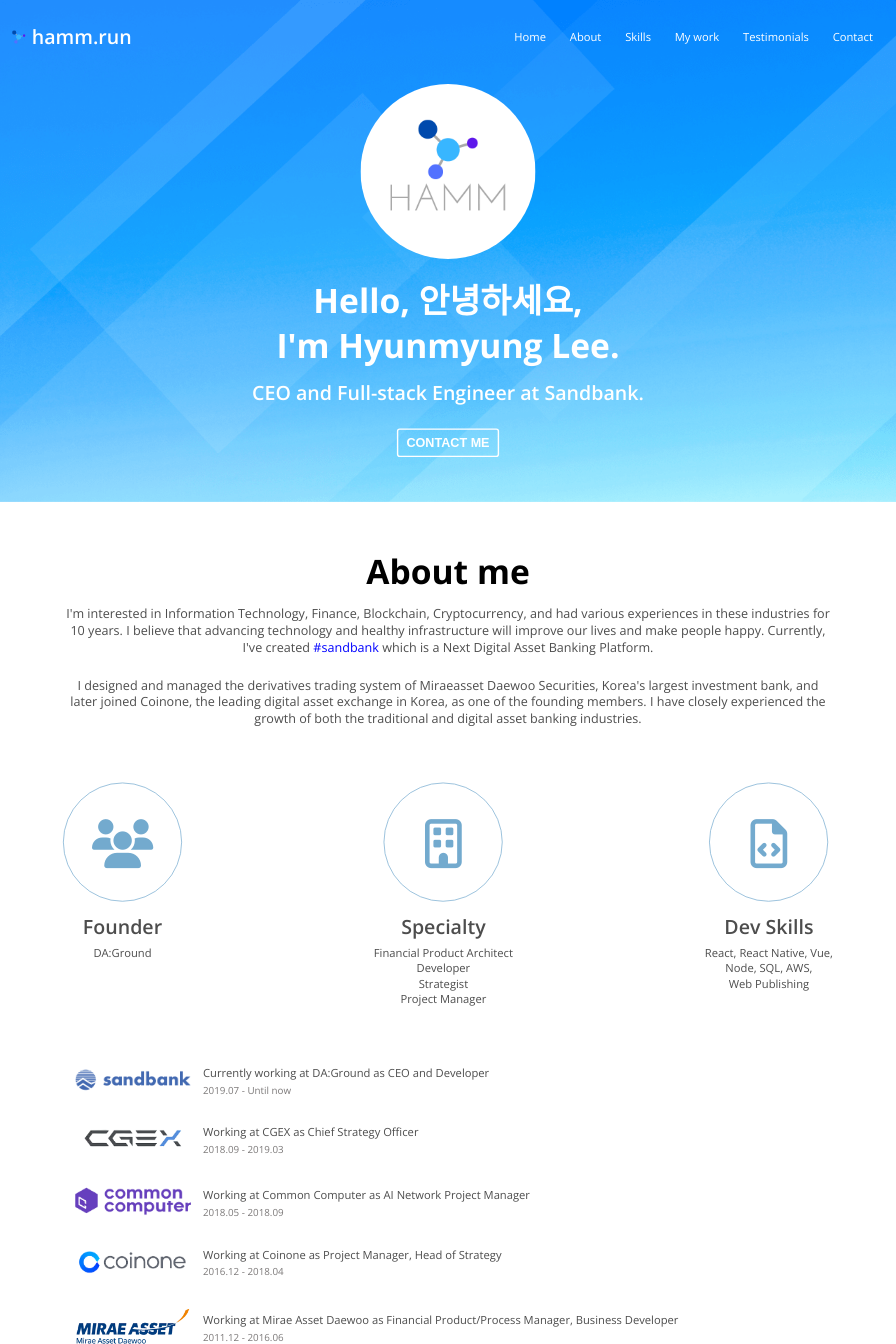
Repository: hammlee/portfolio
Page: index.html
These files come from the project's save history. The page is drawn as it stood at one moment and after the next save; the edit follows.
The browser window is 1280 px wide. The pictures show the part of the page from y = 0 to 1920 px (the page is 3759 px tall), at 70% of full size.
Some web libraries are served in a nearby version.

Above is the page before, as saved 2021-04-22 20:35:01.

After the next save:
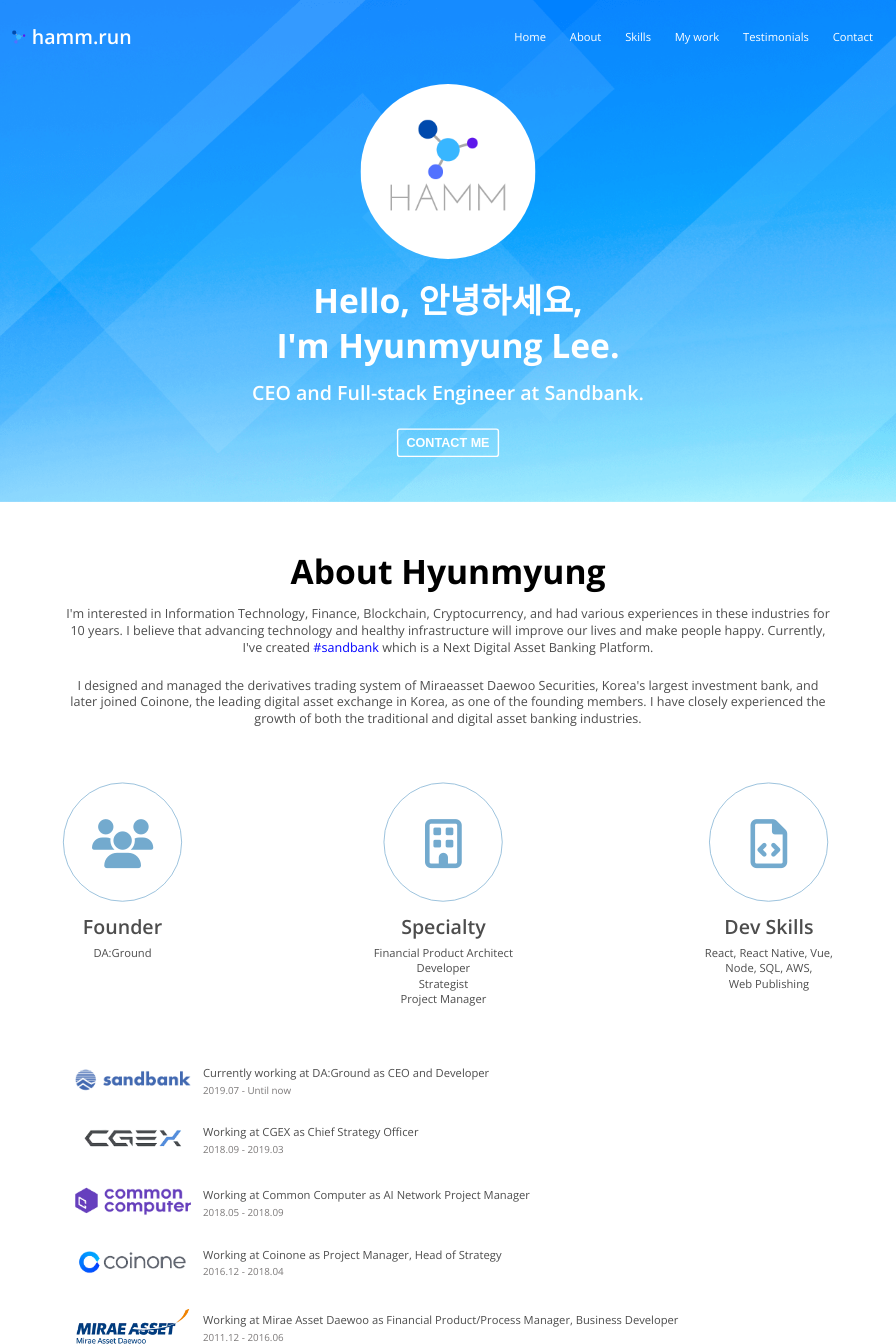
Saved 18 s later.
--- a/index.html
+++ b/index.html
@@ -65,7 +65,7 @@
 
     <!-- About -->
     <section id="about" class="section section__container">
-      <h1>About me</h1>
+      <h1>About Hyunmyung</h1>
       <p>
         I'm interested in Information Technology, Finance, Blockchain,
         Cryptocurrency, and had various experiences in these industries for 10
